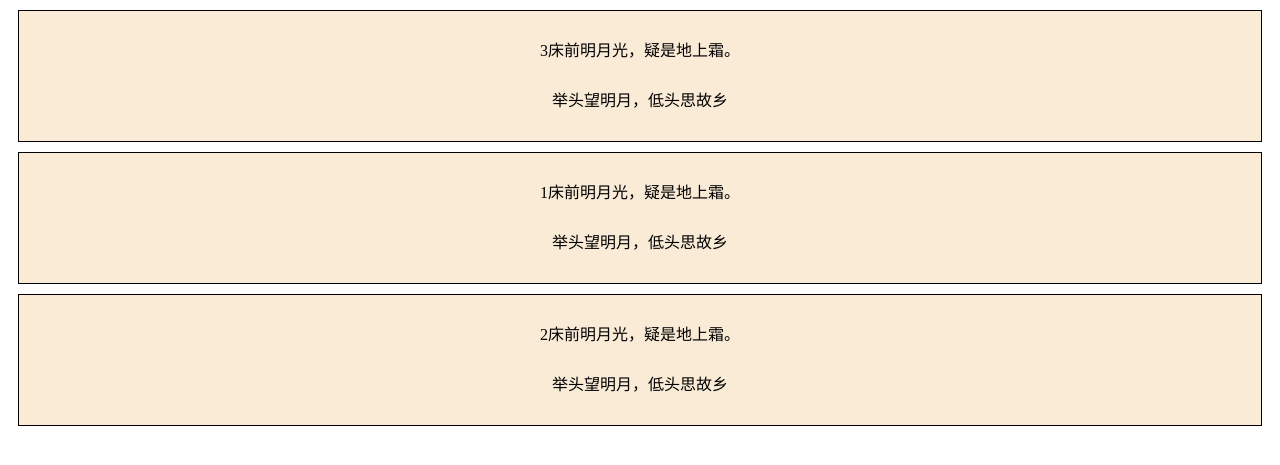
Repository: ljx1197678031/Wed-Design
Page: 01/4.html
An editor plug-in stored every save of this project. The page is shown before and after the next save, followed by the edit.
The browser window is 1280 px wide. The pictures show the whole page.

Above is the page before, as saved 2020-06-03 15:31:05.

### 01/4.html
<!DOCTYPE html>
<html lang="en">
<head>
    <meta charset="UTF-8">
    <meta name="viewport" content="width=device-width, initial-scale=1.0">
    <title>Document</title>

    <style>
        #content{
            display: box;/*盒布局*/
            -moz-box-orient: horizontal;

            display: ;
        }
        #content p {
            margin: 10px;
            padding:15px;
            line-height: 50px;
            text-align: center;
            border: 1px #000000 solid;
            background-color: antiquewhite;
        }
    </style>
</head>
<body>
    <div id="content">
        <p>3床前明月光，疑是地上霜。<br/>举头望明月，低头思故乡</p>
        <p>1床前明月光，疑是地上霜。<br/>举头望明月，低头思故乡</p>
        <p>2床前明月光，疑是地上霜。<br/>举头望明月，低头思故乡</p>
    </div>
</body>
</html>

After the next save:
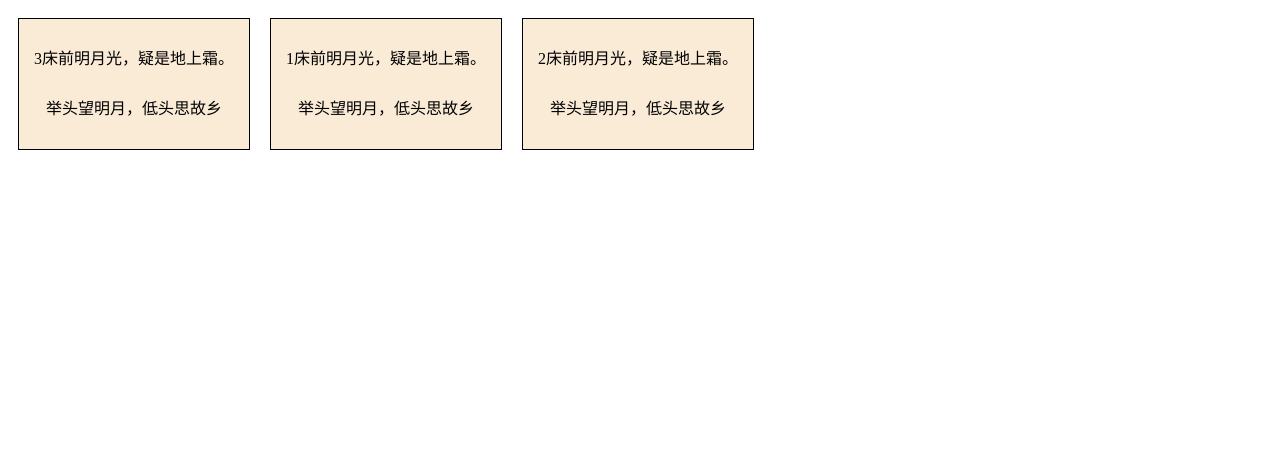
Saved 3 min 1 s later.
--- a/01/4.html
+++ b/01/4.html
@@ -10,7 +10,7 @@
             display: box;/*盒布局*/
             -moz-box-orient: horizontal;
 
-            display: ;
+            display: -webkit-box;
         }
         #content p {
             margin: 10px;
